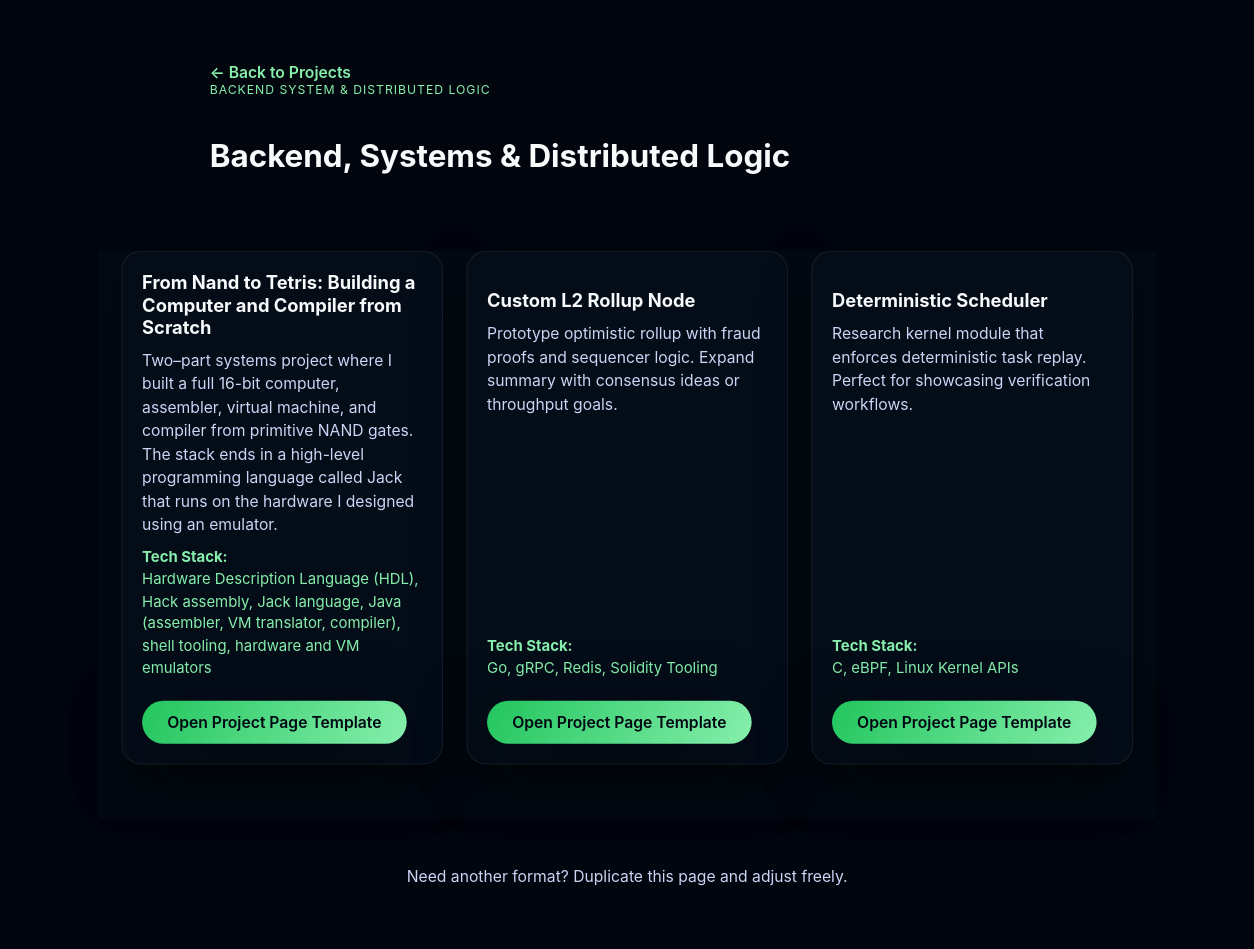
Repository: Abdulaziz-04/Abdulaziz-04.github.io
Page: projects/backend_systems.html
An editor plug-in stored every save of this project. The page is shown before and after the next save, followed by the edit.
The browser window is 1280 px wide. The pictures show the whole page, at 98% of full size.

Above is the page before, as saved 2025-11-20 22:14:00.

After the next save:
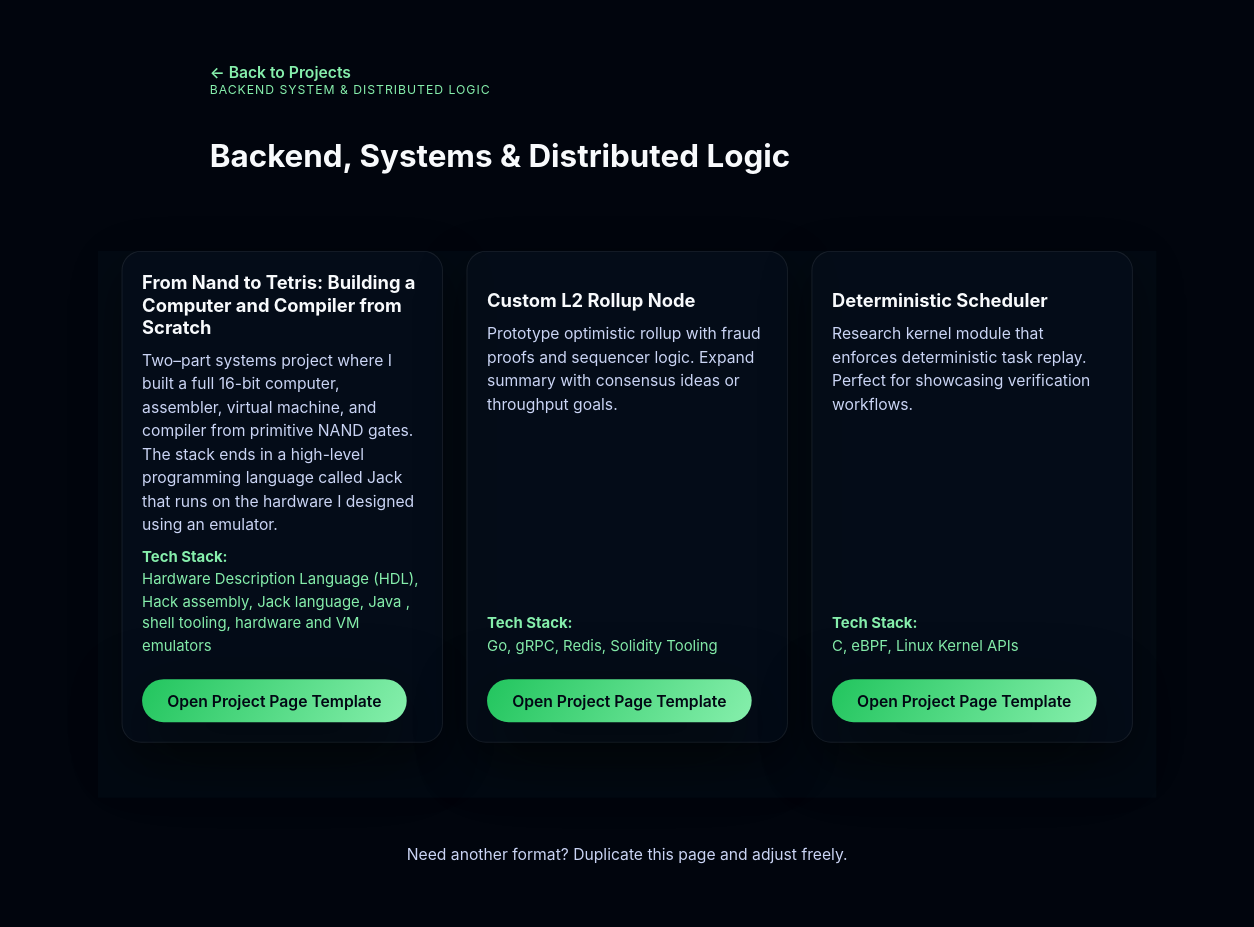
Saved 82 s later.
--- a/projects/backend_systems.html
+++ b/projects/backend_systems.html
@@ -33,8 +33,7 @@
             <p class="project-modal__tech">
               <strong>Tech Stack:</strong>
               Hardware Description Language (HDL), Hack assembly, Jack language,
-              Java (assembler, VM translator, compiler), shell tooling, hardware
-              and VM emulators
+              Java , shell tooling, hardware and VM emulators
             </p>
             <div class="project-modal__actions">
               <a
